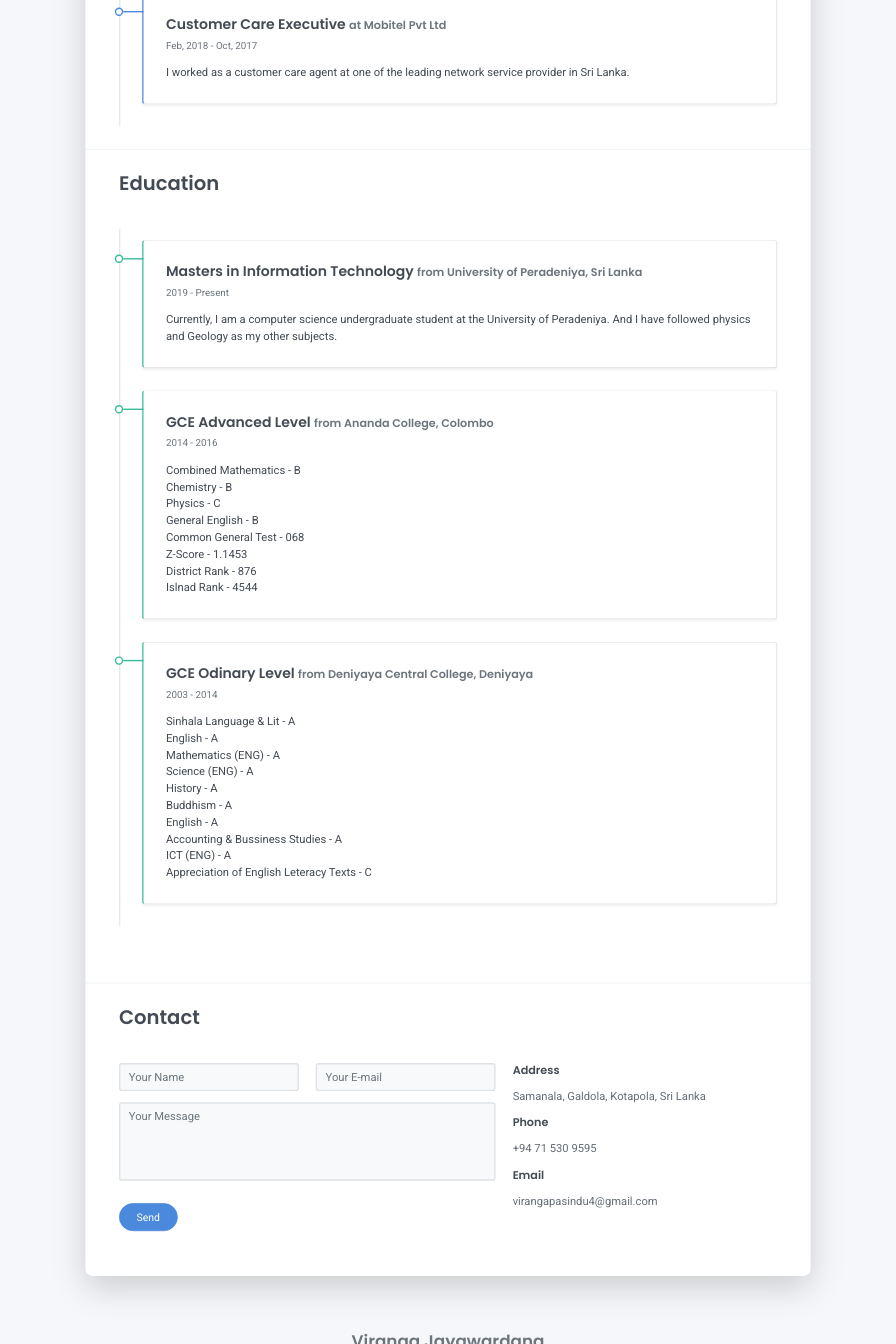
Repository: virangaj/resume
Page: index.html
These files come from the project's save history. The page is drawn as it stood at one moment and after the next save; the edit follows.
The browser window is 1280 px wide. The pictures show the part of the page from y = 1774 to 3694 px (the page is 3892 px tall before and 4676 px after), at 70% of full size.

Above is the page before, as saved 2021-08-31 19:54:40.

After the next save:
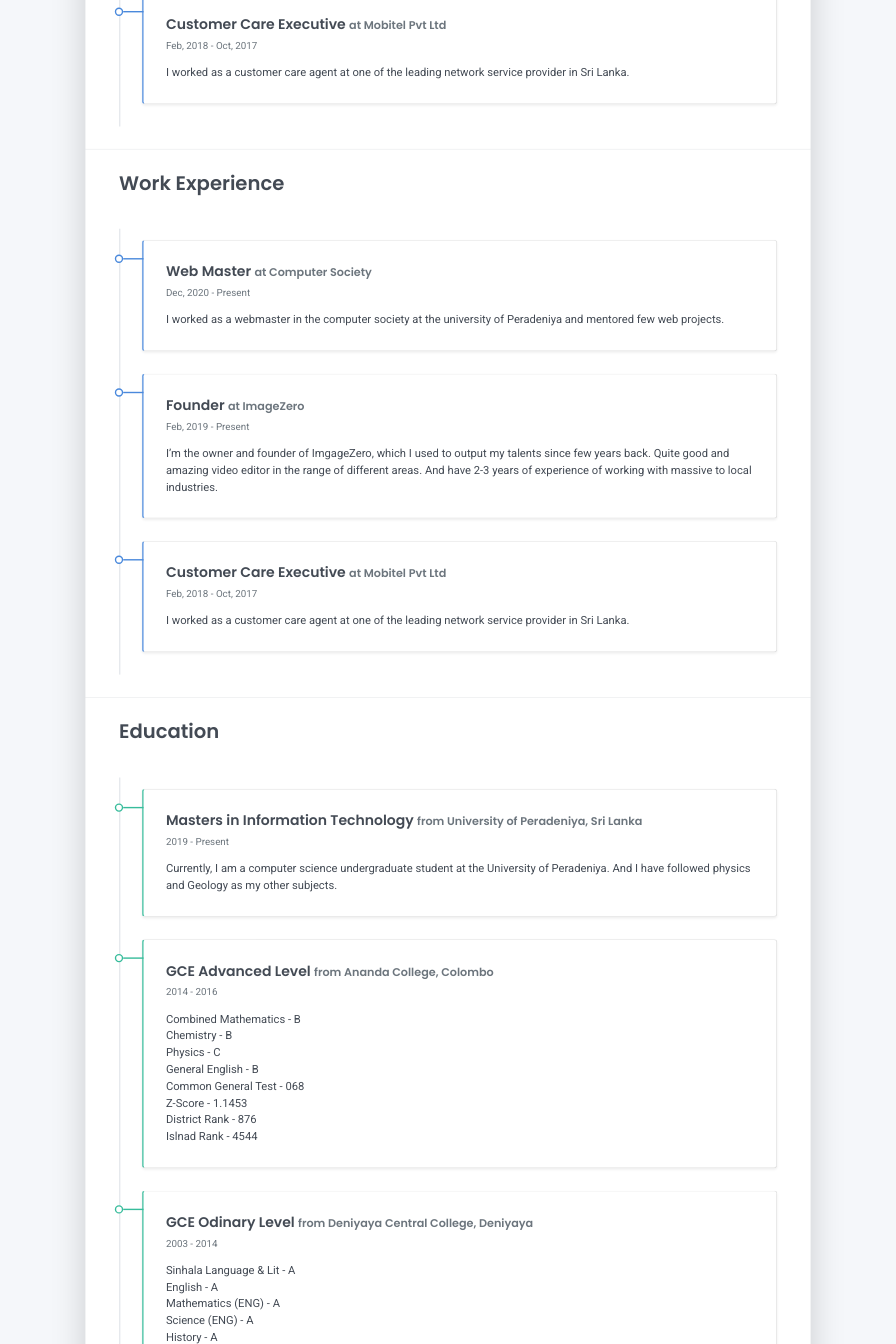
Saved 77 s later.
--- a/index.html
+++ b/index.html
@@ -425,6 +425,60 @@
 						</div>
 					</div>
 					<hr class="d-print-none" />
+					<div class="work-experience-section px-3 px-lg-4">
+						<h2 class="h3 mb-4">Work Experience</h2>
+						<div class="timeline">
+							<div class="timeline-card timeline-card-primary card shadow-sm">
+								<div class="card-body">
+									<div class="h5 mb-1">
+										Web Master
+										<span class="text-muted h6">at Computer Society</span>
+									</div>
+									<div class="text-muted text-small mb-2">
+										Dec, 2020 - Present
+									</div>
+									<div>
+										I worked as a webmaster in the computer society at the
+										university of Peradeniya and mentored few web projects.
+									</div>
+								</div>
+							</div>
+							<div class="timeline-card timeline-card-primary card shadow-sm">
+								<div class="card-body">
+									<div class="h5 mb-1">
+										Founder
+										<span class="text-muted h6">at ImageZero</span>
+									</div>
+									<div class="text-muted text-small mb-2">
+										Feb, 2019 - Present
+									</div>
+									<div>
+										I’m the owner and founder of ImgageZero, which I used to
+										output my talents since few years back. Quite good and
+										amazing video editor in the range of different areas. And
+										have 2-3 years of experience of working with massive to
+										local industries.
+									</div>
+								</div>
+							</div>
+							<div class="timeline-card timeline-card-primary card shadow-sm">
+								<div class="card-body">
+									<div class="h5 mb-1">
+										Customer Care Executive
+										<span class="text-muted h6">at Mobitel Pvt Ltd</span>
+									</div>
+									<div class="text-muted text-small mb-2">
+										Feb, 2018 - Oct, 2017
+									</div>
+									<div>
+										I worked as a customer care agent at one of the leading
+										network service provider in Sri Lanka.
+									</div>
+								</div>
+							</div>
+						</div>
+					</div>
+					<hr class="d-print-none" />
 					<div class="page-break"></div>
 					<div class="education-section px-3 px-lg-4 pb-4">
 						<h2 class="h3 mb-4">Education</h2>
